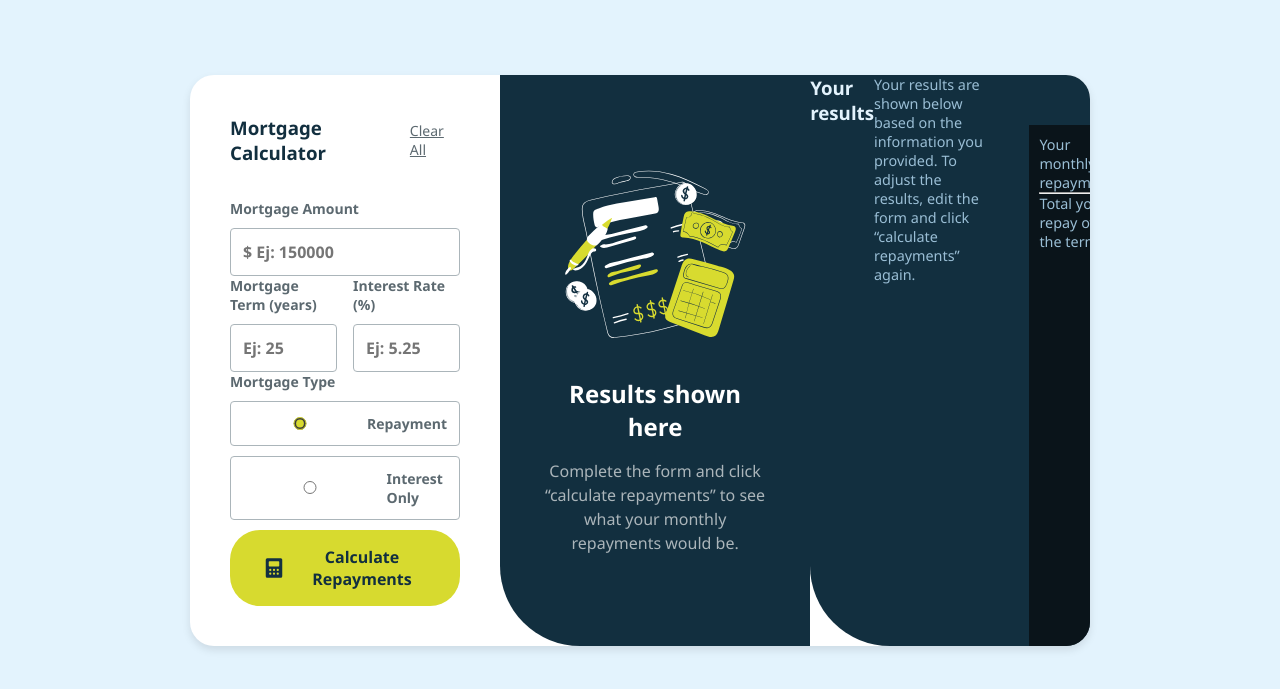
Repository: GravielPV/Mortgage-repayment-calculator
Page: index.html
The author's editor kept a copy of each file at every save. The page is drawn from the files as they stood at one save, then again after the next save.
The browser window is 1280 px wide. The pictures show the whole page.

Above is the page before, as saved 2025-12-14 15:16:28.

### index.html
<!DOCTYPE html>
<html lang="en">
<head>
  <meta charset="UTF-8">
  <meta name="viewport" content="width=device-width, initial-scale=1.0"> <!-- displays site properly based on user's device -->

  <link rel="icon" type="image/png" sizes="32x32" href="./assets/images/favicon-32x32.png">
  <link rel="stylesheet" href="styles.css">
  <title>Frontend Mentor | Mortgage repayment calculator</title>


</head>
<body>
  <div class="carta">



  <div class="lado-izquierdo">

    <div class="header-form">
      <h3>Mortgage Calculator</h3>
      <a href="#" id="clear-all">Clear All</a>
    </div>

    <form id="mortgage-form">

      <!-- Mortgage Amount -->
      <div class="campo">
        <label for="input-mortgage">Mortgage Amount</label>

        <input
          type="number"
          id="input-mortgage"
          name="mortgage"
          placeholder="$ Ej: 150000">
      </div>

      <!-- Mortgage Term & Interest Rate -->
      <div class="grupo-doble">
        <div class="campo1">
          <label for="input-term">Mortgage Term (years)</label>
          <input
            type="number"
            id="input-term"
            name="term"
            placeholder="Ej: 25">
        </div>

        <div class="campo1">
          <label for="input-interest">Interest Rate (%)</label>
          <input
            type="number"
            step="0.01"
            id="input-interest"
            name="interest"
            placeholder="Ej: 5.25">
        </div>
      </div>

      <!-- Mortgage Type -->
      <div class="campo">
        <label>Mortgage Type</label>

        <div class="radios">
          <label class="radio arriba">
            <input type="radio" name="mortgage-type" value="repayment" checked id="repayment">
            Repayment
          </label>

          <label class="radio abajo">
            <input type="radio" name="mortgage-type" value="interest-only" id="interest-only">
            Interest Only
          </label>
        </div>
      </div>

      <!-- Botón -->
      <div class="boton">

        <button type="button" onclick="calcular()"> <img src="assets/images/icon-calculator.svg" alt="calculadora icon">Calculate Repayments</button>
      </div>



    </form>

  </div>




  <!-- Empty results start -->

  <div class="derecho">

    <img src="assets/images/illustration-empty.svg" alt="mostrar">

  <h3>Results shown here</h3>

  <p>Complete the form and click “calculate repayments” to see what
  your monthly repayments would be.</p>
  </div>

  <!-- Empty results end -->

  <!-- Completed results start -->

  <div class="resultado">
    <h3>Your results</h3>
    <p>Your results are shown below based on the information you provided.
    To adjust the results, edit the form and click “calculate repayments” again.</p>

    <div class="caja-resultados">
      <p>Your monthly repayments</p>
      <h1 id="monthly-repayment"></h1>

      <hr>

      <p>Total you'll repay over the term</p>
      <h3 id="total-repayment"></h3>
    </div>
  </div>

</div>

<!-- Completed results end -->

<script src="app.js"></script>
</body>
</html>

### styles.css
* {
    box-sizing: border-box;
    margin: 0;
    padding: 0;
    font-family: 'Segoe UI', Tahoma, Geneva, Verdana, sans-serif;
}

body {
    background-color: hsl(202, 86%, 94%);
    display: flex;
    justify-content: center;
    align-items: center;
    min-height: 100vh;
}

.carta {
    width: 100%;
    max-width: 900px;
    background-color: white;
    display: flex;
    border-radius: 24px;
    overflow: hidden;
    box-shadow: 0 4px 8px 0 rgba(0, 0, 0, 0.1);
    margin: 20px;
}

/* ---- Lado Izquierdo ---- */
.lado-izquierdo {
    width: 50%;
    padding: 40px;
    display: flex;
    flex-direction: column;
    gap: 24px;
}

.header-form {
    display: flex;
    justify-content: space-between;
    align-items: center;
    margin-bottom: 10px;
}

.header-form h3 {
    color: hsl(202, 55%, 16%);
}

.header-form a {
    color: hsl(200, 10%, 40%);
    text-decoration: underline;
    font-size: 14px;
    cursor: pointer;
}

.header-form a:hover {
    color: hsl(202, 55%, 16%);
}

/* Inputs */
.campo {
    display: flex;
    flex-direction: column;
    gap: 10px;
}

.campo label, .campo1 label {
    color: hsl(200, 10%, 40%);
    font-size: 14px;
    font-weight: bold;
}

.campo input, .campo1 input {
    padding: 12px;
    border: 1px solid hsl(200, 10%, 70%);
    border-radius: 4px;
    font-size: 16px;
    font-weight: bold;
    cursor: pointer;
    width: 100%;
}

.campo input:focus, .campo1 input:focus {
    outline: none;
    border-color: hsl(61, 70%, 52%);
}

.grupo-doble {
    display: flex;
    gap: 16px;
}

.campo1 {
    display: flex;
    flex-direction: column;
    gap: 10px;
    width: 50%;
}

/* Radio buttons */
.radios {
    display: flex;
    flex-direction: column;
    gap: 10px;
}

.radio {
    display: flex;
    align-items: center;
    border: 1px solid hsl(200, 10%, 70%);
    padding: 12px;
    border-radius: 4px;
    cursor: pointer;
    gap: 10px;
    font-weight: bold;
    color: hsl(202, 55%, 16%);
}

.radio:hover {
    border-color: hsl(61, 70%, 52%);
}

.radio input {
    margin: 0;
    accent-color: hsl(61, 70%, 52%);
}

/* Boton */
.boton {
    margin-top: 10px;
}

button {
    display: flex;
    align-items: center;
    justify-content: center;
    gap: 10px;
    padding: 16px 32px;
    background-color: hsl(61, 70%, 52%);
    border: none;
    color: hsl(202, 55%, 16%);
    border-radius: 30px;
    cursor: pointer;
    font-weight: bold;
    font-size: 16px;
    width: 100%;
    transition: background-color 0.3s;
}

button:hover {
    background-color: hsl(61, 70%, 70%);
}

/* ---- Lado Derecho ---- */
.derecho {
    width: 50%;
    background-color: hsl(202, 55%, 16%);
    color: white;
    padding: 40px;
    display: flex;
    flex-direction: column;
    justify-content: center;
    align-items: center;
    text-align: center;
    border-bottom-left-radius: 80px;
}

.derecho img {
    margin-bottom: 20px;
}

.derecho h3 {
    margin-bottom: 16px;
    font-size: 24px;
}

.derecho p {
    color: hsl(200, 10%, 70%);
    line-height: 1.5;
}

.resultado {
    display: none;
}


.resultado{
     width: 50%;
    background-color: hsl(202, 55%, 16%);
    display: flex;
    justify-content: center;
    border-bottom-left-radius: 80px;
    overflow: hidden;


}

.resultado .caja-resultados {

    background-color: hsl(201, 46%, 7%);
    color: hsl(61, 70%, 52%);
    width: 80%;
    position: relative;
    left: 40px;
    top: 50px;
    padding: 10px;



}

.resultado  p{
    color: hsl(203, 41%, 72%);
    text-align: start;
    font-size: 0.90em;
}

.resultado h3{

    color: hsl(202, 86%, 94%);

}



/* Responsive */
@media (max-width: 768px) {
    body {
        align-items: flex-start;
        background-color: white;
    }

    .carta {
        flex-direction: column;
        border-radius: 0;
        margin: 0;
        box-shadow: none;
        max-width: 100%;
    }

    .lado-izquierdo, .derecho {
        width: 100%;
        padding: 24px;
    }

    .derecho {
        border-radius: 0;
        min-height: 400px;
    }

    .grupo-doble {
        flex-direction: column;
    }

    .campo1 {
        width: 100%;
    }
}

### app.js
// INPUTS
const montoInput = document.getElementById("input-mortgage");
const yearsInput = document.getElementById("input-term");
const interesInput = document.getElementById("input-interest");

// RADIOS
const repaymentRadio = document.getElementById("repayment");
const interestOnlyRadio = document.getElementById("interest-only");

// RESULTADOS
const resultadoBox = document.querySelector(".resultado");
const derechoBox = document.querySelector(".derecho");

const monthlyText = document.getElementById("monthly-repayment");
const totalText = document.getElementById("total-repayment");

// CLEAR ALL
const clearAllBtn = document.getElementById("clear-all");

// FORMATO MONEDA
function formatoMoneda(valor) {
  return new Intl.NumberFormat("en-US", {
    style: "currency",
    currency: "USD",
    minimumFractionDigits: 2,
  }).format(valor);
}

// CALCULAR
function calcular() {
  const monto = Number(montoInput.value);
  const years = Number(yearsInput.value);
  const interes = Number(interesInput.value) / 100;

  if (!monto || !years || !interes) {
    alert("Please complete all fields");
    return;
  }

  const r = interes / 12;
  const n = years * 12;

  let pagoMensual = 0;
  let pagoTotal = 0;

  // REPAYMENT
  if (repaymentRadio.checked) {
    pagoMensual =
      (monto * r * Math.pow(1 + r, n)) /
      (Math.pow(1 + r, n) - 1);

    pagoTotal = pagoMensual * n;
  }

  // INTEREST ONLY
  if (interestOnlyRadio.checked) {
    pagoMensual = monto * r;
    pagoTotal = pagoMensual * n;
  }

  // MOSTRAR RESULTADOS
  monthlyText.textContent = formatoMoneda(pagoMensual);
  totalText.textContent = formatoMoneda(pagoTotal);

  derechoBox.style.display = "none";
  resultadoBox.style.display = "block";
}

// CLEAR ALL
clearAllBtn.addEventListener("click", (e) => {
  e.preventDefault();

  montoInput.value = "";
  yearsInput.value = "";
  interesInput.value = "";

  repaymentRadio.checked = true;
  interestOnlyRadio.checked = false;

  resultadoBox.style.display = "none";
  derechoBox.style.display = "block";
});

After the next save:
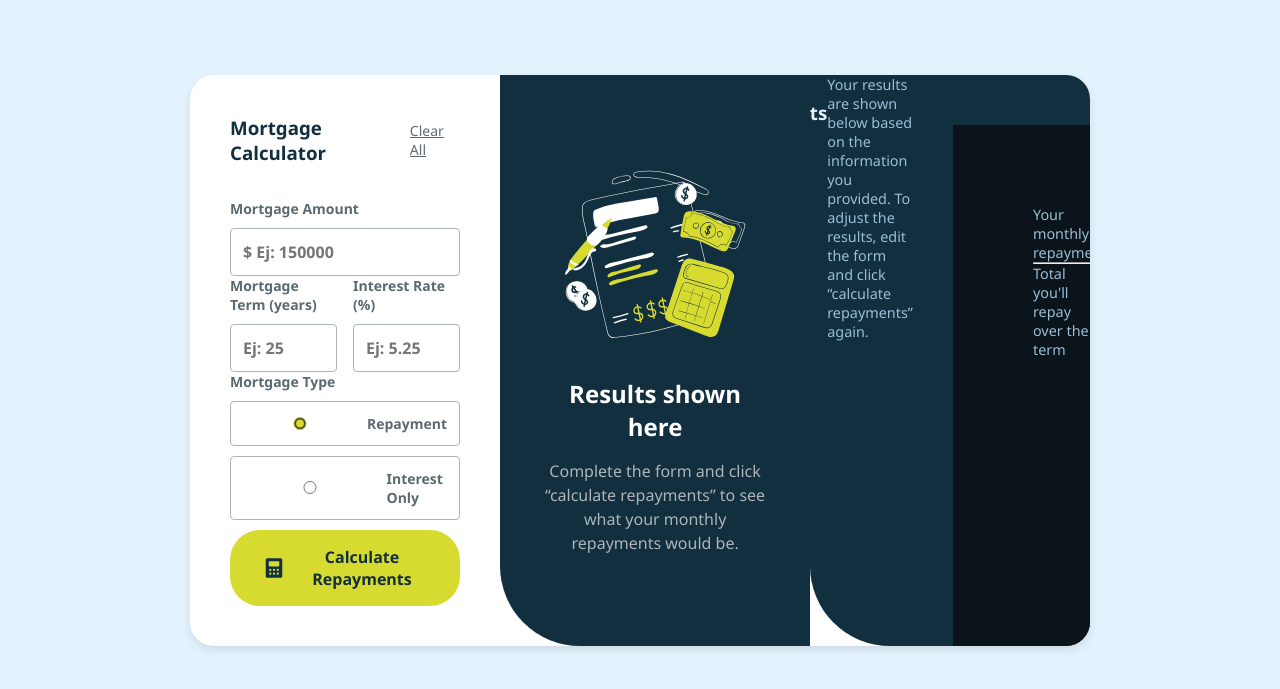
Saved 7 s later.
--- a/styles.css
+++ b/styles.css
@@ -201,7 +201,7 @@ button:hover {
     position: relative;
     left: 40px;
     top: 50px;
-    padding: 10px;
+    padding: 80px;
 
 
 
